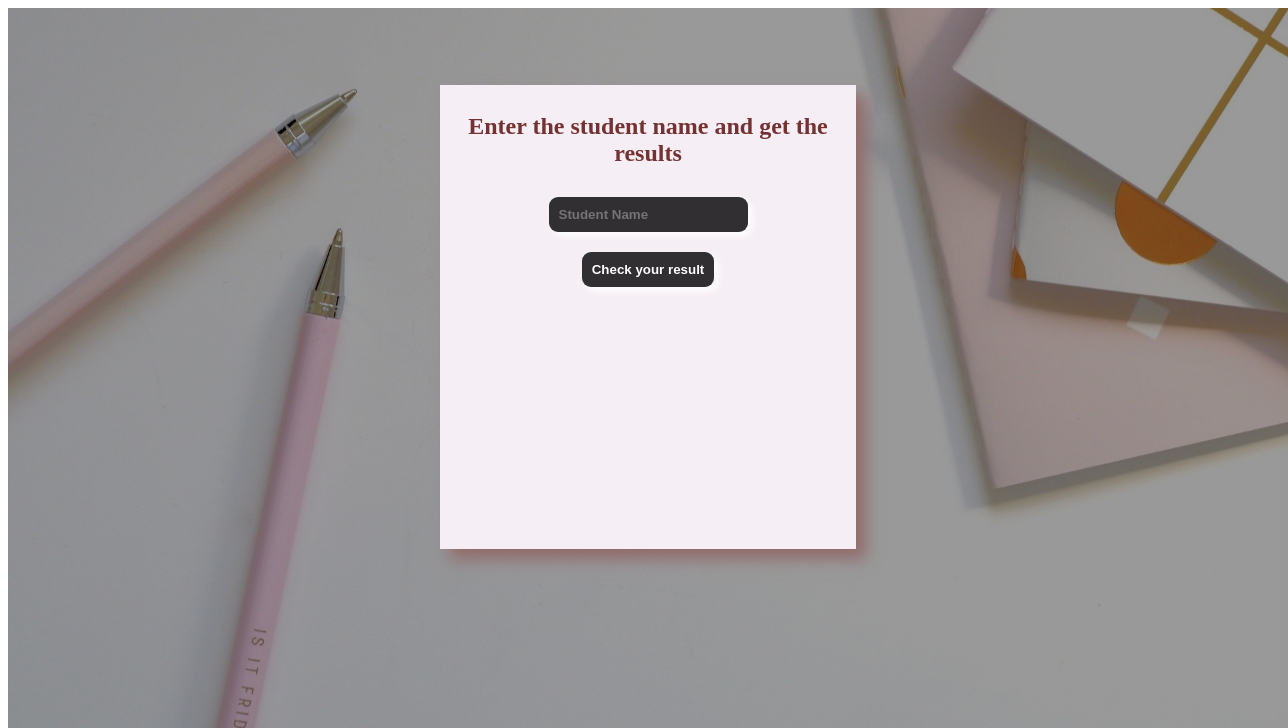
Repository: AyushiPN/LGMVIP-Web-Development-Task3
Page: index.html
An editor plug-in stored every save of this project. The page is shown before and after the next save, followed by the edit.
The browser window is 1280 px wide. The page is 1288 px wide, so the pictures cover 1288 px, including what lies to the right of the window. The pictures show the whole page.

Above is the page before, as saved 2021-11-22 15:10:32.

After the next save:
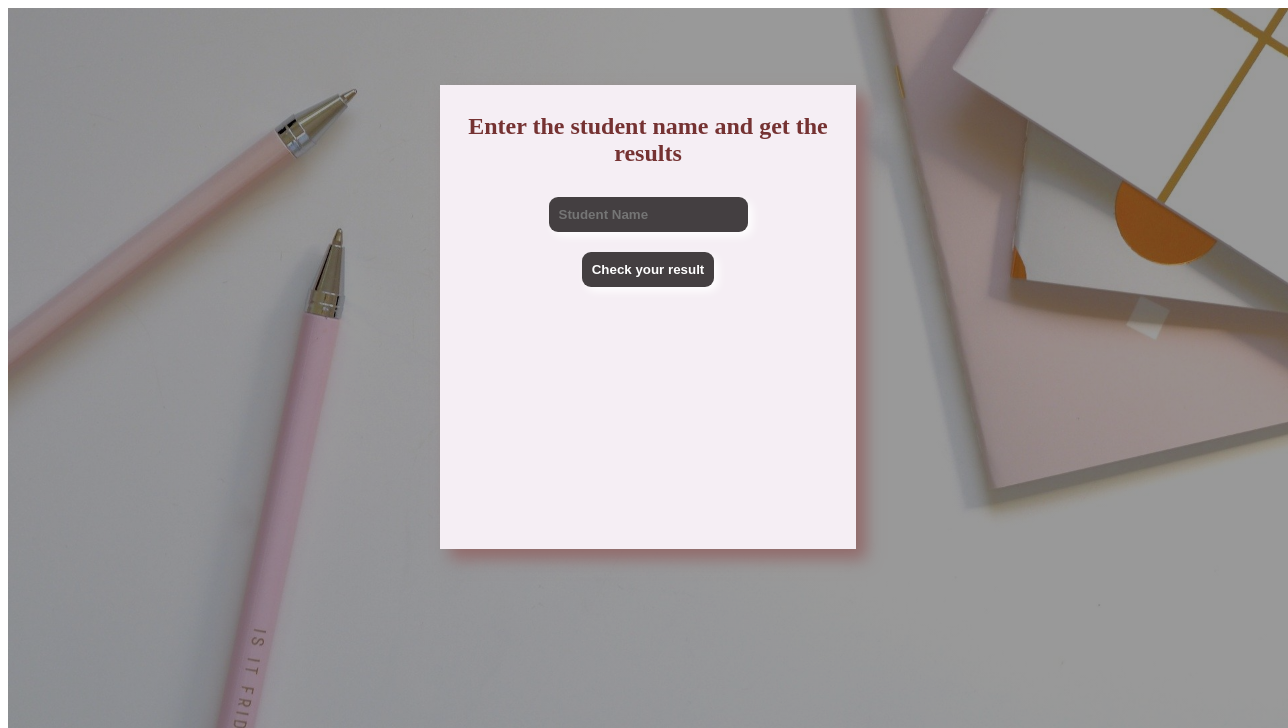
Saved 32 s later.
--- a/style.css
+++ b/style.css
@@ -27,7 +27,7 @@
 
 input {
     font-weight: bolder;
-    background-color: rgba(0, 0, 0, 0.8);
+    background-color: rgba(24, 21, 21, 0.8);
     color: white;
     border: none;
     margin: 10px;
